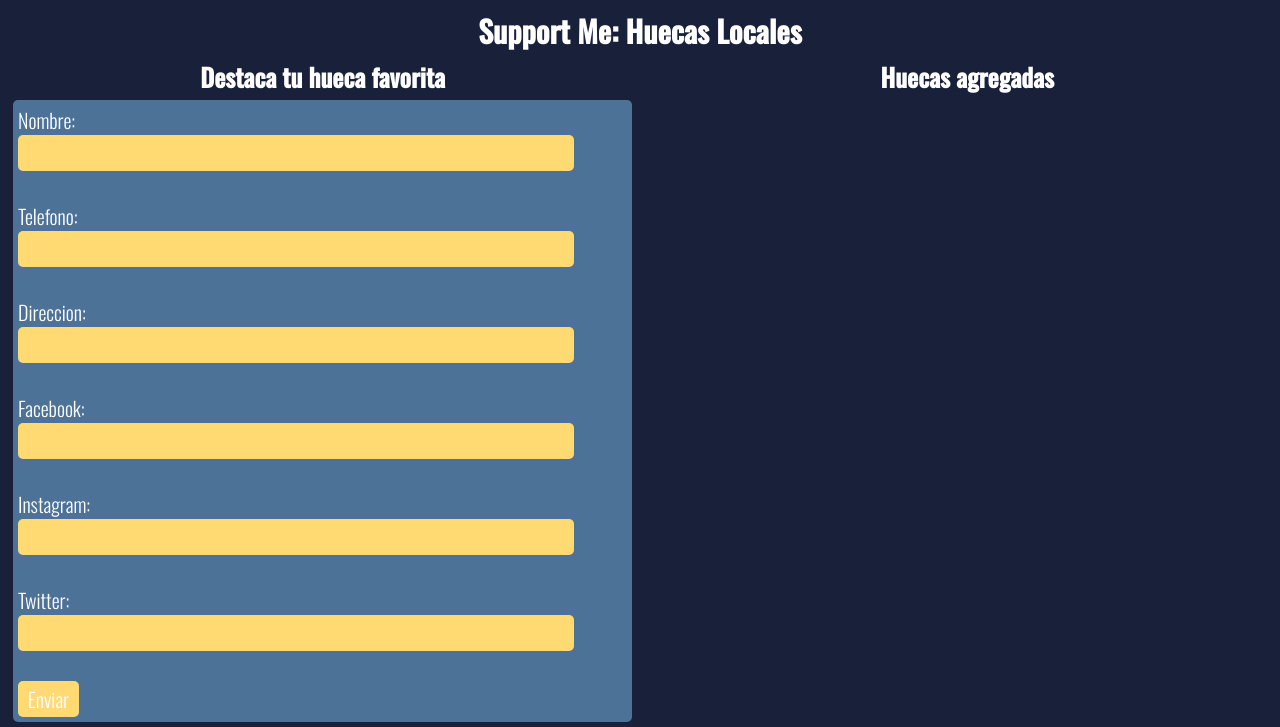
Repository: renzopachecoj/huecas-website
Page: index.html
The author's editor kept a copy of each file at every save. The page is drawn from the files as they stood at one save, then again after the next save.
The browser window is 1280 px wide. The pictures show the whole page.

Above is the page before, as saved 2020-08-01 15:35:41.

After the next save:
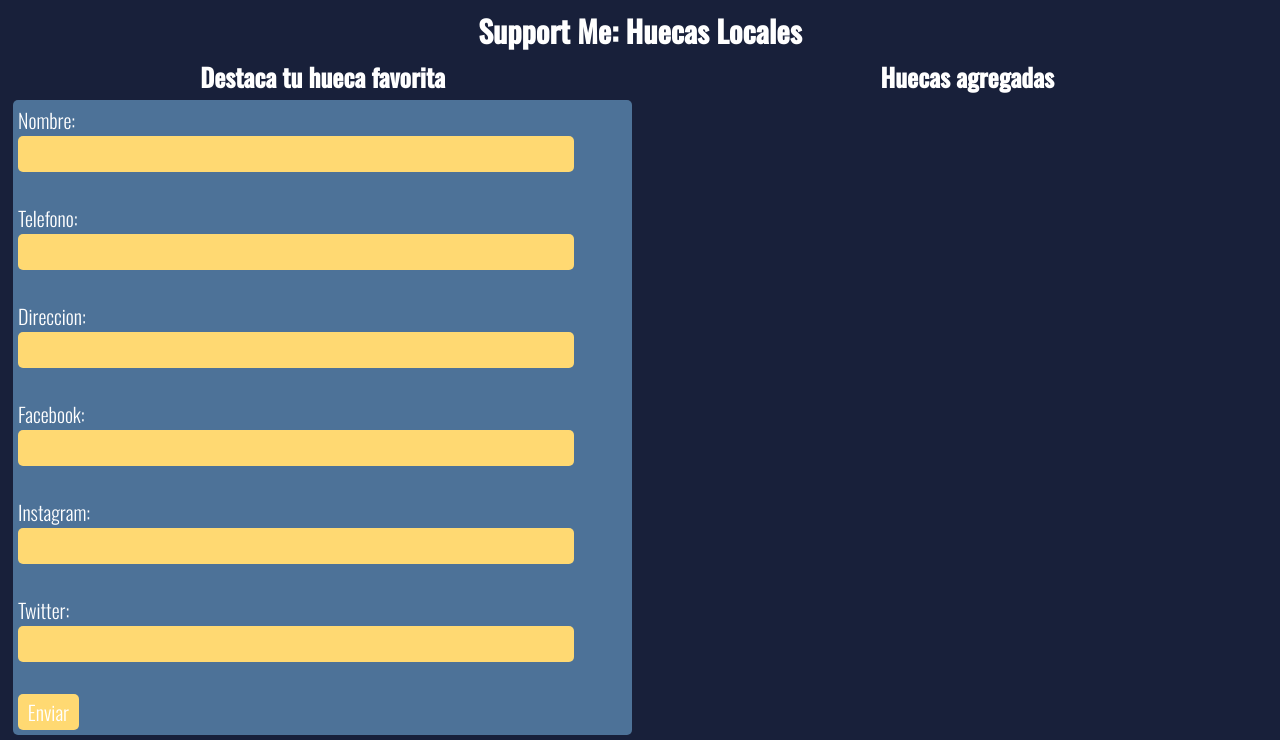
Saved 16 s later.
--- a/styles.css
+++ b/styles.css
@@ -53,4 +53,5 @@ form{
     display: flex;
     flex-direction: column;
     align-items: stretch;
+    row-gap: 1px;
 }
